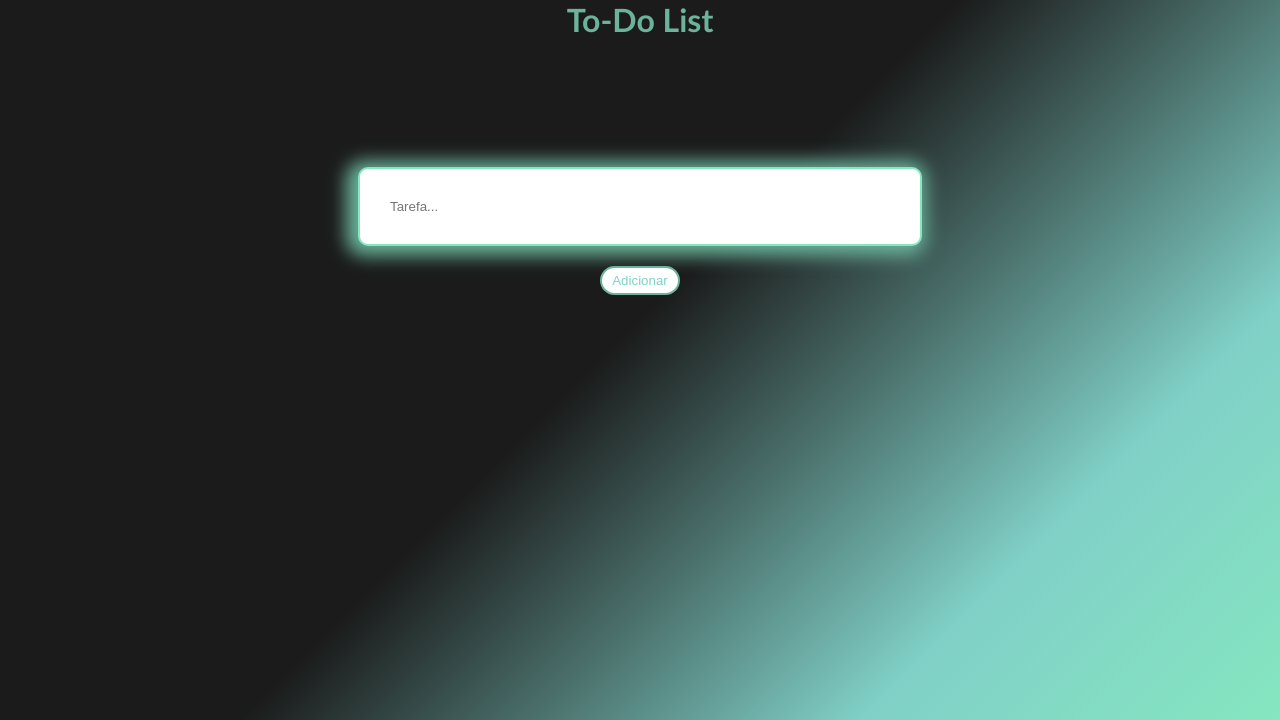
Repository: PetersonAntonyDev/python-flask-
Page: index.html
An editor plug-in stored every save of this project. The page is shown before and after the next save, followed by the edit.
The browser window is 1280 px wide. The pictures show the whole page.

Above is the page before, as saved 2022-07-26 13:45:28.
Console error: TypeError: Cannot read properties of null (reading 'addEventListener')

### index.html
<!DOCTYPE html>
<html lang="en">
<head>
    <meta charset="UTF-8">
    <meta http-equiv="X-UA-Compatible" content="IE=edge">
    <meta name="viewport" content="width=device-width, initial-scale=1.0">
    <link rel="stylesheet" href="/style.css">
    <title>To-Do LIst</title>
</head>
<body>
    <header>
        <h1>To-Do List</h1>
    </header>
    <main>
        <form action="" method="post">
            <input class="task" type="text" name="task" id="task" placeholder="Tarefa...">
            <button class="add" id="btnADD" onclick="adicionar()">Adicionar</button>
        </form>
        <div id="box-tasks">

        </div>
    </main>

</body>
<script src="/script.js"></script>
</html>

### style.css
* {
    margin: 0;
    padding: 0;
}

body {
    width: 100%;
    min-height: 100vh;
    max-height: 100%;
    background-color: #1b1b1b;
    background-image: linear-gradient(135deg, #1b1b1b 48%, #80D0C7 79%, #85e6c0 100%);
}

header {
    display: flex;
    justify-content: center;
    align-items: center;
    margin-bottom: 10%;
    font-family: 'Gill Sans', 'Gill Sans MT', Calibri, 'Trebuchet MS', sans-serif;
    font-size: 1rem;
    color: #6bb39b;
}

form {
    display: flex;
    justify-content: center;
    align-items: center;
    flex-direction: column;
}

.task {
    width: 500px;
    border-radius: 10px;
    border: #85e6c0 2px solid;
    padding: 30px;
    -webkit-box-shadow: -4px 2px 18px 8px rgba(107, 179, 155, 1);
    -moz-box-shadow: -4px 2px 18px 8px rgba(107, 179, 155, 1);
    box-shadow: -4px 2px 18px 8px rgba(107, 179, 155, 1);
}

.add {
    padding: 5px 10px;
    border: #6bb39b 2px solid;
    border-radius: 50px;
    background-color: #fff;
    color: #80D0C7;
    margin-top: 20px;
}

.add:hover {
    background-color: #85e6c0;
    color: #000000;
    border-color: #000000;
    transition: .5s;
}

### script.js
const inputElement = document.querySelector(".new-task-input");
const addTaskButton = document.querySelector(".new-task-button");

const tasksContainer = document.querySelector(".tasks-container");

const validateInput = () => inputElement.value.trim().length > 0;

const handleAddTask = () => {
    const inputIsValid = validateInput();

    console.log(inputIsValid);

    if (!inputIsValid) {
        return inputElement.classList.add("error");
    }

    const taskItemContainer = document.createElement("div");
    taskItemContainer.classList.add("task-item");

    const taskContent = document.createElement("p");
    taskContent.innerText = inputElement.value;

    taskContent.addEventListener("click", () => handleClick(taskContent));

    const deleteItem = document.createElement("i");
    deleteItem.classList.add("far");
    deleteItem.classList.add("fa-trash-alt");

    deleteItem.addEventListener("click", () =>
        handleDeleteClick(taskItemContainer, taskContent)
    );

    taskItemContainer.appendChild(taskContent);
    taskItemContainer.appendChild(deleteItem);

    tasksContainer.appendChild(taskItemContainer);

    inputElement.value = "";

    updateLocalStorage();
};

const handleClick = (taskContent) => {
    const tasks = tasksContainer.childNodes;

    for (const task of tasks) {
        const currentTaskIsBeingClicked = task.firstChild.isSameNode(taskContent);

        if (currentTaskIsBeingClicked) {
            task.firstChild.classList.toggle("completed");
        }
    }

    updateLocalStorage();
};

const handleDeleteClick = (taskItemContainer, taskContent) => {
    const tasks = tasksContainer.childNodes;

    for (const task of tasks) {
        const currentTaskIsBeingClicked = task.firstChild.isSameNode(taskContent);

        if (currentTaskIsBeingClicked) {
            taskItemContainer.remove();
        }
    }

    updateLocalStorage();
};

const handleInputChange = () => {
    const inputIsValid = validateInput();

    if (inputIsValid) {
        return inputElement.classList.remove("error");
    }
};

const updateLocalStorage = () => {
    const tasks = tasksContainer.childNodes;

    const localStorageTasks = [...tasks].map((task) => {
        const content = task.firstChild;
        const isCompleted = content.classList.contains("completed");

        return { description: content.innerText, isCompleted };
    });

    localStorage.setItem("tasks", JSON.stringify(localStorageTasks));
};

const refreshTasksUsingLocalStorage = () => {
    const tasksFromLocalStorage = JSON.parse(localStorage.getItem("tasks"));

    if (!tasksFromLocalStorage) return;

    for (const task of tasksFromLocalStorage) {
        const taskItemContainer = document.createElement("div");
        taskItemContainer.classList.add("task-item");

        const taskContent = document.createElement("p");
        taskContent.innerText = task.description;

        if (task.isCompleted) {
            taskContent.classList.add("completed");
        }

        taskContent.addEventListener("click", () => handleClick(taskContent));

        const deleteItem = document.createElement("i");
        deleteItem.classList.add("far");
        deleteItem.classList.add("fa-trash-alt");

        deleteItem.addEventListener("click", () =>
            handleDeleteClick(taskItemContainer, taskContent)
        );

        taskItemContainer.appendChild(taskContent);
        taskItemContainer.appendChild(deleteItem);

        tasksContainer.appendChild(taskItemContainer);
    }
};

refreshTasksUsingLocalStorage();

addTaskButton.addEventListener("click", () => handleAddTask());

inputElement.addEventListener("change", () => handleInputChange());

After the next save:
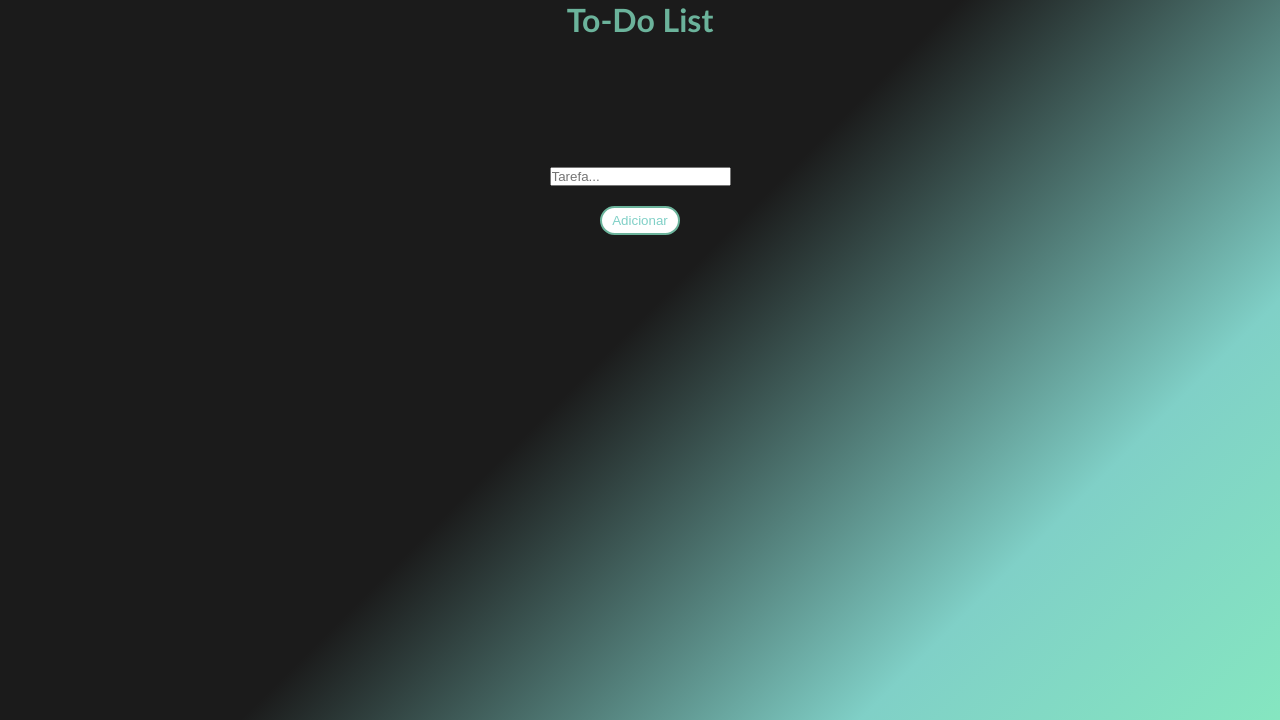
Saved 35 s later.
--- a/index.html
+++ b/index.html
@@ -13,7 +13,7 @@
     </header>
     <main>
         <form action="" method="post">
-            <input class="task" type="text" name="task" id="task" placeholder="Tarefa...">
+            <input class="new-task-input" type="text" name="task" id="task" placeholder="Tarefa...">
             <button class="add" id="btnADD" onclick="adicionar()">Adicionar</button>
         </form>
         <div id="box-tasks">
